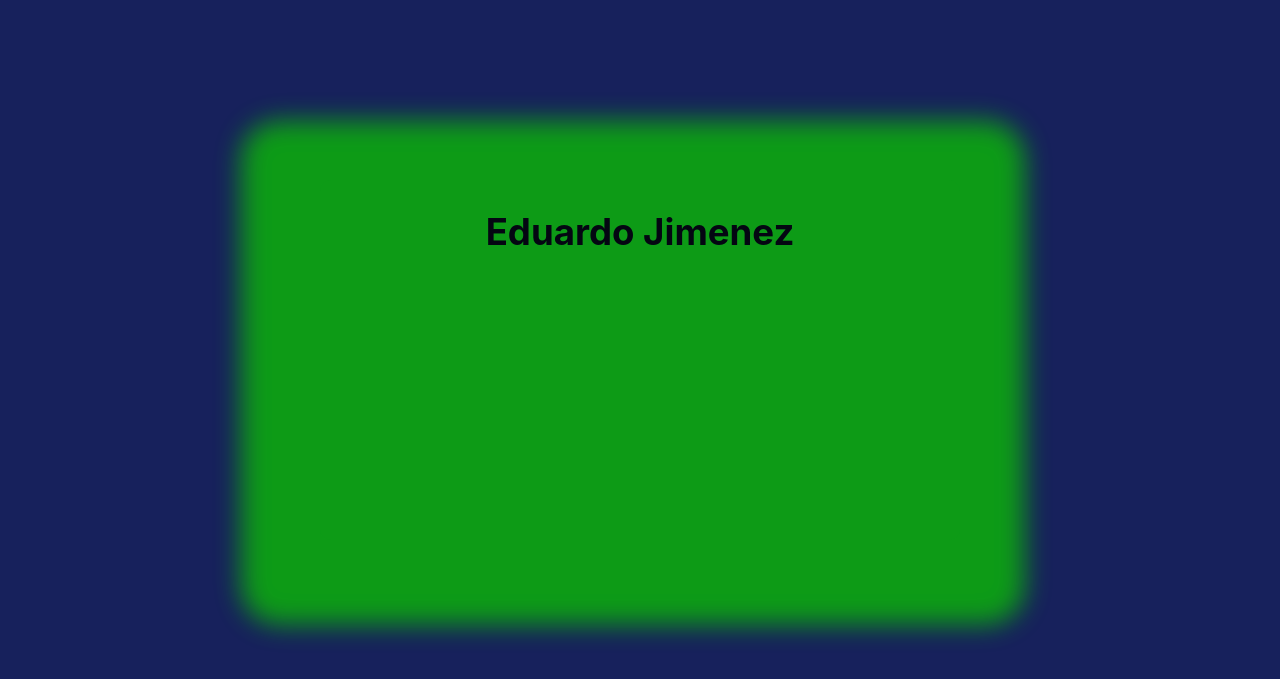
Repository: l8nightswithJS/react-my-portfolio
Page: /
These files come from the project's save history. The page is drawn as it stood at one moment and after the next save; the edit follows.
The browser window is 1280 px wide. The pictures show the whole page.
The project was rebuilt for these pictures with package versions that can differ from the ones it lists, and the page was loaded fresh each time.

Above is the page before, as saved 2021-04-28 15:07:11.

### src/App.js
import './App.css';


function App() {
  return (
    <div className="App">
      <header className="App-header">
        <section>
          <h1>Eduardo Jimenez</h1>
        </section>
      </header>
    </div>
  );
}

export default App;

### src/App.css
.App {
  height: 100vh;
  width: 100%;
  text-align: center;
  background-color: rgb(23, 33, 92);
}

section {
  position: fixed;
  top: 0;
  bottom: 0;
  left: 0;
  right: 0;
  background-color: rgb(12, 187, 6);
  height: 50vh;
  width: 50vw;
  margin: auto;
  font-size: calc(10px + 2vmin);
  color: white;
  box-shadow: -1vh 1vw 2vw 10vh rgb(12, 187, 6);
  opacity: .8;
  border-radius: 1.5vh;
}

h1 {
  color: black;
}

Loaded but not shown: public/index.html (common file); src/index.js (common file); src/index.css (common file); src/reportWebVitals.js (common file)

After the next save:
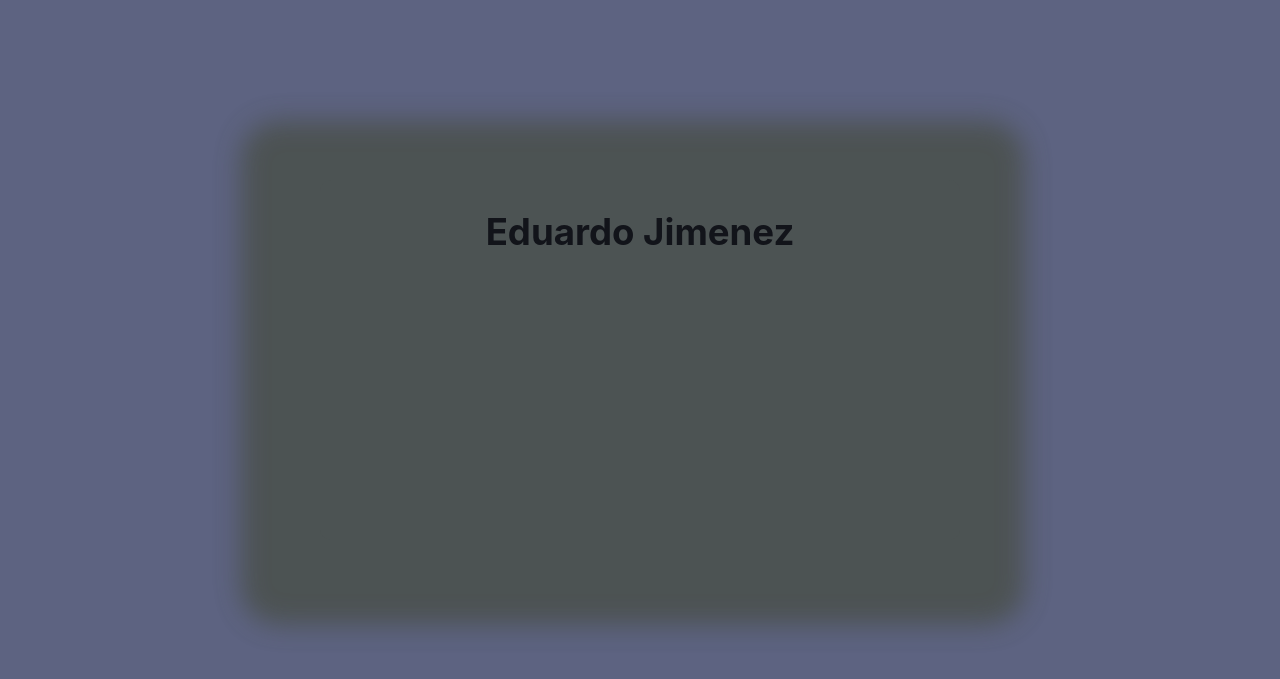
Saved 20 h 24 min later.
--- a/src/App.css
+++ b/src/App.css
@@ -2,7 +2,7 @@
   height: 100vh;
   width: 100%;
   text-align: center;
-  background-color: rgb(23, 33, 92);
+  background-color: rgb(93, 99, 129);
 }
 
 section {
@@ -11,13 +11,13 @@ section {
   bottom: 0;
   left: 0;
   right: 0;
-  background-color: rgb(12, 187, 6);
+  background-color: rgb(73, 79, 72);
   height: 50vh;
   width: 50vw;
   margin: auto;
   font-size: calc(10px + 2vmin);
   color: white;
-  box-shadow: -1vh 1vw 2vw 10vh rgb(12, 187, 6);
+  box-shadow: -1vh 1vw 2vw 10vh rgb(73, 79, 72);
   opacity: .8;
   border-radius: 1.5vh;
 }
